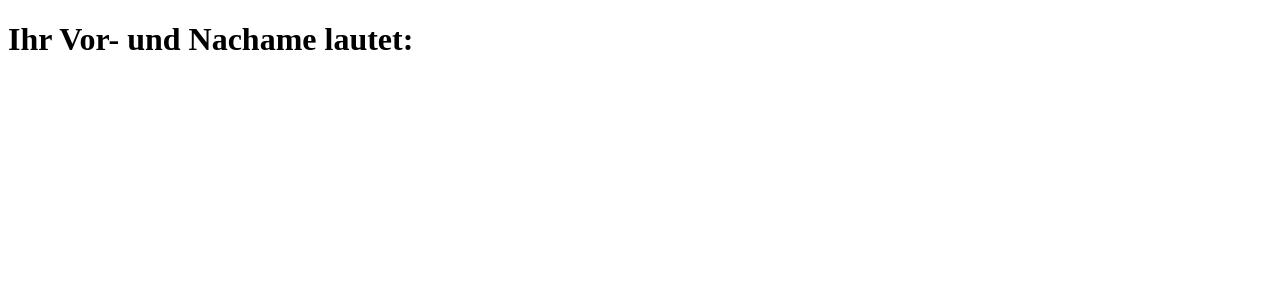
Repository: felixkrautschuk/JavaEE-Tutorial
Page: http://localhost/ServletJSPTomcat8/output.jsp
The author's editor kept a copy of each file at every save. The page is drawn from the files as they stood at one save, then again after the next save.
The browser window is 1280 px wide. The pictures show the whole page.
The page is served by Tomcat 9. Other server files are loaded and not shown.

Above is the page before, as saved 2014-10-06 13:27:53.

### Servlet/ServletJSPTomcat8/WebContent/output.jsp
<?xml version="1.0" encoding="ISO-8859-1" ?>
<%@ page language="java" contentType="text/html; charset=ISO-8859-1"
    pageEncoding="ISO-8859-1"%>
<!DOCTYPE html PUBLIC "-//W3C//DTD XHTML 1.0 Transitional//EN" "http://www.w3.org/TR/xhtml1/DTD/xhtml1-transitional.dtd">
<html xmlns="http://www.w3.org/1999/xhtml">
<head>
<meta http-equiv="Content-Type" content="text/html; charset=ISO-8859-1" />
<title>JavaEE Tutorial - Output</title>
</head>
<body>
	<h1>Ihr Vor- und Nachame lautet:</h1>

	<%
		String firstname = (String) session.getAttribute("firstname");
		String lastname = (String) session.getAttribute("lastname");
	%>
</body>
</html>

After the next save:
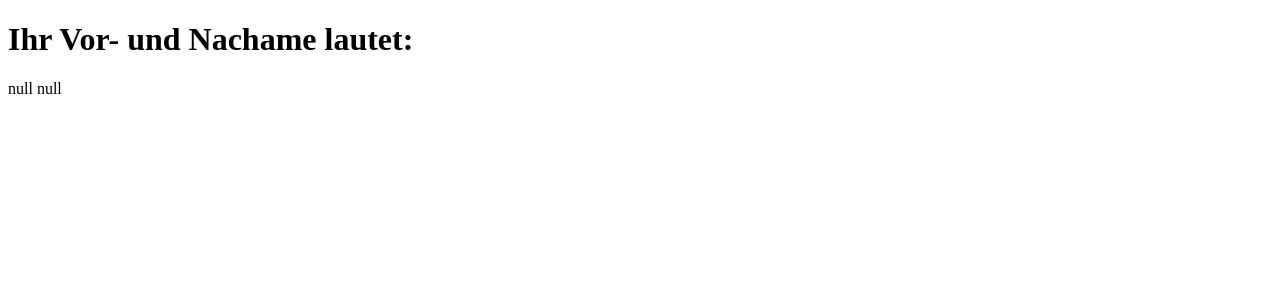
Saved 20 s later.
--- a/Servlet/ServletJSPTomcat8/WebContent/output.jsp
+++ b/Servlet/ServletJSPTomcat8/WebContent/output.jsp
@@ -13,6 +13,8 @@
 	<%
 		String firstname = (String) session.getAttribute("firstname");
 		String lastname = (String) session.getAttribute("lastname");
+
+		out.println(firstname + " " + lastname);
 	%>
 </body>
 </html>
